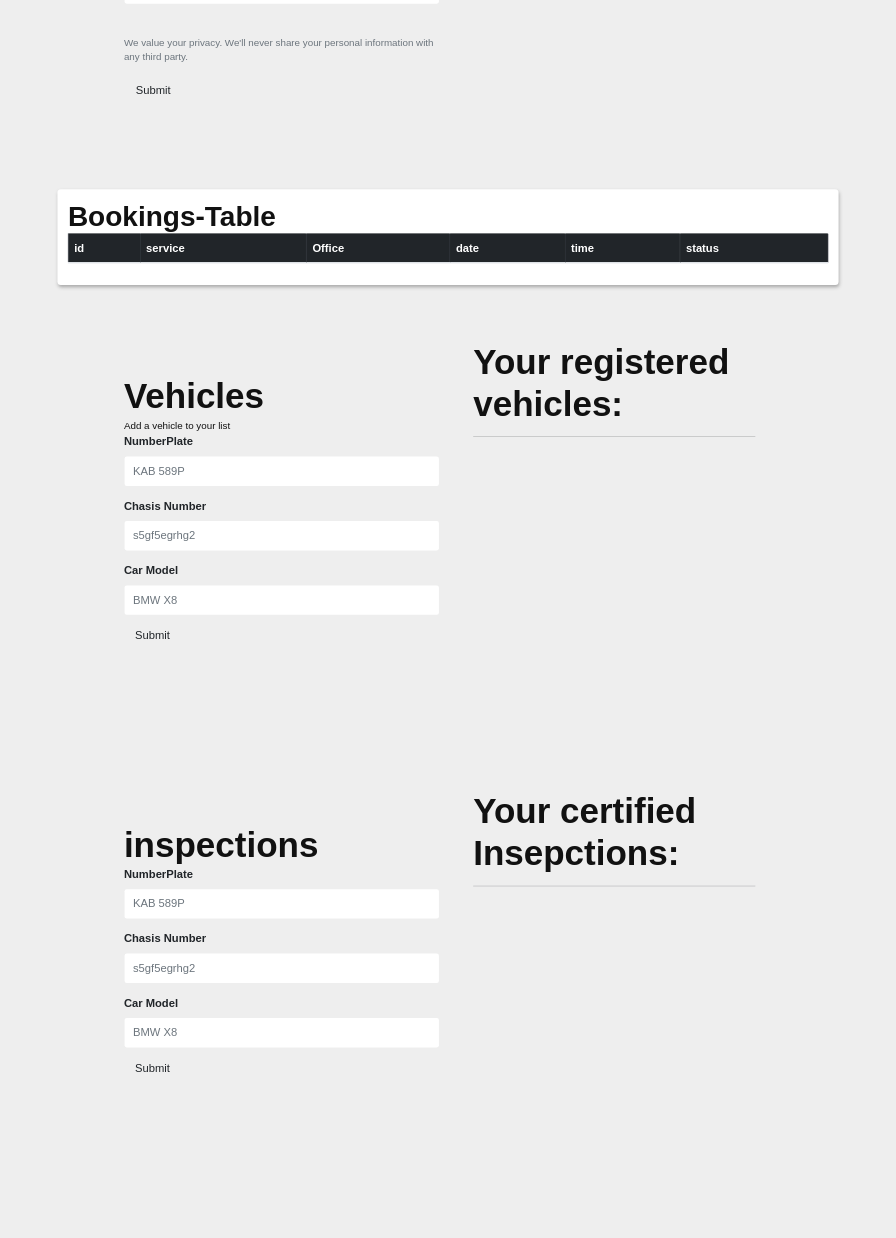
Repository: Jaynie8085/INSPECTION-APP
Page: client/admnDashboard.html
These files come from the project's save history. The page is drawn as it stood at one moment and after the next save; the edit follows.
The browser window is 1280 px wide. The pictures show the part of the page from y = 715 to 2635 px (the page is 2483 px tall before and 2635 px after), at 70% of full size.
The page's requests for data from a server got no answer. Some web libraries are served in a nearby version.

Above is the page before, as saved 2022-10-17 02:32:46.
Console error: ReferenceError: fetchBookings is not defined

### client/admnDashboard.html
<!DOCTYPE html>
<html lang="en">
<head>
    <meta charset="UTF-8">
    <meta http-equiv="X-UA-Compatible" content="IE=edge">
    <meta name="viewport" content="width=device-width, initial-scale=1.0"><script src="/js/axios/dist/axios.min.js"></script> <script src="main.js"></script>
        <!-- Bootstrap CSS -->
    <link rel="stylesheet" href="css/bootstrap.min.css">
    <link rel="stylesheet" href="css/owl.carousel.min.css">
    <link rel="stylesheet" href="css/owl.theme.default.min.css">
    <link href='https://unpkg.com/boxicons@2.1.1/css/boxicons.min.css' rel='stylesheet'>
    <link rel="stylesheet" href="https://stackpath.bootstrapcdn.com/bootstrap/4.1.3/css/bootstrap.min.css" integrity="sha384-MCw98/SFnGE8fJT3GXwEOngsV7Zt27NXFoaoApmYm81iuXoPkFOJwJ8ERdknLPMO"
    crossorigin="anonymous">
    <link rel="stylesheet" href="css/style.css">
    <link href="https://fonts.googleapis.com/css2?family=Poppins:wght@300;400;500;600&display=swap" rel="stylesheet">

    <link rel="stylesheet" href="assets/css/bootstrap.min.css">
    <link rel="stylesheet" href="assets/css/datatables.min.css">
    <link rel="stylesheet" href="assets/css/style.css">
    <title>userDashboard</title>
</head>
<body>
<body  data-bs-spy="scroll" data-bs-target=".navbar" data-bs-offset="70">


    <!-- TOP NAV -->
    <div class="top-nav" id="home">
        <div class="container">
            <div class="row justify-content-between">
                <div class="col-auto">
                    <p> <i class='bx bxs-envelope'></i> inspection.app@gmail.com</p>
                    <p> <i class='bx bxs-phone-call'></i> (+254) 555-0114</p>
                </div>
                <div class="col-auto social-icons">
                    <a href="#"><i class='bx bxl-facebook'></i></a>
                    <a href="#"><i class='bx bxl-twitter'></i></a>
                    <a href="#"><i class='bx bxl-instagram'></i></a>
                    <a href="#"><i class='bx bxl-pinterest'></i></a>
                </div>
            </div>
        </div>
    </div>

    <!-- BOTTOM NAV -->
    <nav class="navbar navbar-expand-lg navbar-light bg-white sticky-top">
        <div class="container">
            <a class="navbar-brand" href="index.html">Inspection-app<span class="dot">.</span></a>
            <button class="navbar-toggler" type="button" data-bs-toggle="collapse" data-bs-target="#navbarNav"
                aria-controls="navbarNav" aria-expanded="false" aria-label="Toggle navigation">
                <span class="navbar-toggler-icon"></span>
            </button>
            <div class="collapse navbar-collapse" id="navbarNav">
                <ul class="navbar-nav ms-auto">
                    <li class="nav-item">
                        <a class="nav-link" href="#home">Bookings</a>
                    </li>
                    <li class="nav-item">
                        <a class="nav-link" href="#vehicles">Vehicles</a>
                    </li>
                    <li class="nav-item">
                        <a class="nav-link" href="#inspections">Inspections</a>
                    </li>
                    </li>
                </ul>
                <a href="#" data-bs-toggle="modal" data-bs-target="#exampleModal" class="btn btn-brand ms-lg-3">Contact</a>
                <!-- Logout -->
                <a href="index.html" class="btn btn-brand ms-lg-3">Logout</a>
            </div>
        </div>
    </nav>
    <!-- Bookings -->
    <section id="profile">
        <div class="container">
            <div class="row justify-content-center">
                <div id="customer-frm" class="col-lg-5 py-5">
                    <form  >
                        <h2>Book a service by filling the form </h2>
                    <div class="form-group">
                        <label for="service">Service</label>
                        <input type="service" class="form-control" id="service" aria-describedby="emailHelp" placeholder="e.g. Uber Inspection  ">

                    </div>
                    <div class="form-group">
                        <label for="date">Date</label>
                        <input type="date" class="form-control" id="date" >
                    </div>
                    <div class="form-group">
                        <label for="time">Time</label>
                        <input type="time" class="form-control" id="time">
                    </div>
                    <div class="form-group">
                        <label for="location">Location</label>
                        <input type="location" class="form-control" id="location" placeholder=".e.g. Likoni Road">
                    </div>
                    <br><small id="emailHelp" class="form-text text-muted">We value your privacy. We'll never share your personal information with any third party.</small><br>
                    <button type="submit" class="btn btn-brand ms-lg-3" onclick="Booking();">Submit</button>
                    </form>

                </div>
                <div id="data-table" class="col-lg-5">
                            <!-- <ul id="bookings-list">
                            </ul>
                        </div>
                        <hr></div> -->

                        <!-- DataTable Start -->

    </section>

    <div class="container">
                        <div class="row">
                            <div class="col-12">
                                <div class="data_table">
                                    <table id="example" class="table table-striped table-bordered">
                                        <thead class="table-dark">
                                            <h2>Bookings-Table</h2>
                                            <tr>
                                                <th>id</th>
                                                <th>service</th>
                                                <th>Office</th>
                                                <th>date</th>
                                                <th>time</th>
                                                <th>status</th>
                                            </tr>
                                        </thead>
                                        <tbody>

                                        </tbody>
                                    </table>
                                </div>
                            </div>
                        </div>
                    </div>
        <!-- dataTable End -->

                </div>

    <!-- vehicles -->
    <section id="vehicles">
        <div class="container">
            <div class="row justify-content-center">
            <div id="customer-frm" class="col-lg-5 py-5">
                <form  >
                    <h1>Vehicles</h1>
                    <p>Add a vehicle to your list</p>
                    <div class="form-group">
                        <label for="numberplate" class="form-label">NumberPlate</label>
                        <input type="text" class="form-control" placeholder="KAB 589P" id="numberplate"
                            aria-describedby="emailHelp">
                    </div>
                    <div class="form-group">
                        <label for="chasisnumber" class="form-label">Chasis Number </label>
                        <input type="text" class="form-control" placeholder="s5gf5egrhg2" id="chasisnumber"
                            aria-describedby="emailHelp">
                    </div>
                    <div class="form-group">
                        <label for="model" class="form-label">Car Model</label>
                        <input type="model" class="form-control" placeholder="BMW X8" id="model"
                            aria-describedby="emailHelp">
                    </div>
                    <!-- <div class="col-12">
                        <label for="exampleInputEmail1" class="form-label">Enter General Description</label>
                        <textarea name="" placeholder="Type in your cars general description." class="form-contid=""  rows="4"></textarea>
                    </div> -->

                    <div class="col-12">
                        <button type="submit" class="btn btn-brand" onclick="vehicles();">Submit</button>
                    </div>
                </form>
                </div>
                <div class="col-lg-5">
                <div class="container center"><h1>Your registered vehicles:</h1>
                        <div >
                            <ul id="quote-list">
                            </ul>
                        </div>
                        <hr></div>
                </div>
                </div>
                </div>
        </div>
    </section>

    <!-- inspections -->
    <section id="inspections">
        <div class="container">
            <div class="row justify-content-center">
            <div id="customer-frm" class="col-lg-5 py-5">
                <form  >
                    <h1>inspections</h1>
                    <!-- <p>Add a vehicle to your list</p> -->
                    <div class="form-group">
                        <label for="numberplate" class="form-label">NumberPlate</label>
                        <input type="text" class="form-control" placeholder="KAB 589P" id="numberplate"
                            aria-describedby="emailHelp">
                    </div>
                    <div class="form-group">
                        <label for="chasisnumber" class="form-label">Chasis Number </label>
                        <input type="text" class="form-control" placeholder="s5gf5egrhg2" id="chasisnumber"
                            aria-describedby="emailHelp">
                    </div>
                    <div class="form-group">
                        <label for="model" class="form-label">Car Model</label>
                        <input type="model" class="form-control" placeholder="BMW X8" id="model"
                            aria-describedby="emailHelp">
                    </div>
                    <!-- <div class="col-12">
                        <label for="exampleInputEmail1" class="form-label">Enter General Description</label>
                        <textarea name="" placeholder="Type in your cars general description." class="form-contid=""  rows="4"></textarea>
                    </div> -->

                    <div class="col-12">
                        <button type="submit" class="btn btn-brand" onclick="vehicles();">Submit</button>
                    </div>
                </form>
                </div>
                <div class="col-lg-5">
                <div class="container center"><h1>Your certified Insepctions:</h1>
                        <div >
                            <ul id="quote-list">
                            </ul>
                        </div>
                        <hr></div>
                </div>
                </div>
                </div>
        </div>
    </section>

    <!-- Modal -->
    <div class="modal fade" id="exampleModal" tabindex="-1" aria-labelledby="exampleModalLabel" aria-hidden="true">
        <div class="modal-dialog modal-dialog-centered modal-xl">
            <div class="modal-content">
                <div class="modal-body p-0">
                    <div class="container-fluid">
                        <div class="row gy-4">
                            <div class="col-lg-4 col-sm-12 bg-cover"
                                style="background-image: url(img/isco.jpg); min-height:300px;">
                                <div>

                                </div>
                            </div>
                            <div class="col-lg-8">
                                <form class="p-lg-5 col-12 row g-3">
                                    <div>
                                        <h1>Get in touch</h1>
                                    <p>Feel free to contact us and we will get back to you as soon as possible</p>
                                    </div>
                                    <div class="col-lg-6">
                                        <label for="userName" class="form-label">First name</label>
                                        <input type="text" class="form-control" placeholder="John" id="userName"
                                            aria-describedby="emailHelp">
                                    </div>
                                    <div class="col-lg-6">
                                        <label for="userName" class="form-label">Last name</label>
                                        <input type="text" class="form-control" placeholder="kamau" id="userName"
                                            aria-describedby="emailHelp">
                                    </div>
                                    <div class="col-12">
                                        <label for="userName" class="form-label">Email address</label>
                                        <input type="email" class="form-control" placeholder="Johnkamaa@gmail.com" id="userName"
                                            aria-describedby="emailHelp">
                                    </div>
                                    <div class="col-12">
                                        <label for="exampleInputEmail1" class="form-label">Enter Message</label>
                                        <textarea name="" placeholder="Yes,how can we help you,Type your message here." class="form-control" id=""  rows="4"></textarea>
                                    </div>

                                    <div class="col-12">
                                        <button type="submit" class="btn btn-brand">Send Message</button>
                                    </div>
                                </form>
                            </div>
                        </div>
                    </div>
                </div>

            </div>
        </div>
    </div>


<div class="modal fade" id="exampleModal" tabindex="-1" aria-labelledby="exampleModalLabel" aria-hidden="true">
        <div class="modal-dialog modal-dialog-centered modal-xl">
            <div class="modal-content">
                <div class="modal-body p-0">
                    <div class="container-fluid">
                        <div class="row gy-4">
                            <div class="col-lg-4 col-sm-12 bg-cover"
                                style="background-image: url(img/c2.jpg); min-height:300px;">
                                <div>

                                </div>
                            </div>
                            <div class="col-lg-8">
                                <form class="p-lg-5 col-12 row g-3">
                                    <div>
                                        <h1>Get in touch with us</h1>
                                    <p>Feel free to contact us and we will get back to you as soon as possible</p>
                                    </div>
                                    <div class="col-lg-6">
                                        <label for="userName" class="form-label">First name</label>
                                        <input type="text" class="form-control" placeholder="John" id="userName"
                                            aria-describedby="emailHelp">
                                    </div>
                                    <div class="col-lg-6">
                                        <label for="userName" class="form-label">Last name</label>
                                        <input type="text" class="form-control" placeholder="kamau" id="userName"
                                            aria-describedby="emailHelp">
                                    </div>
                                    <div class="col-12">
                                        <label for="userName" class="form-label">Email address</label>
                                        <input type="email" class="form-control" placeholder="Johnkamaa@gmail.com" id="userName"
                                            aria-describedby="emailHelp">
                                    </div>
                                    <div class="col-12">
                                        <label for="exampleInputEmail1" class="form-label">Enter Message</label>
                                        <textarea name="" placeholder="Yes,how can we help you,Type your message here,,," class="form-control" id=""  rows="4"></textarea>
                                    </div>

                                    <div class="col-12">
                                        <button type="submit" class="btn btn-brand">Send Message</button>
                                    </div>
                                </form>
                            </div>
                        </div>
                    </div>
                </div>

            </div>
        </div>
    </div>
    <!-- dataTable -->
    <script src="assets/js/bootstrap.bundle.min.js"></script>
    <script src="assets/js/jquery-3.6.0.min.js"></script>
    <script src="assets/js/datatables.min.js"></script>
    <script src="assets/js/pdfmake.min.js"></script>
    <script src="assets/js/vfs_fonts.js"></script>
    <script src="assets/js/custom.js"></script>
    <!-- DataTable -->
    <!-- End -->
    <script src="js/jquery.min.js"></script>
    <script src="js/bootstrap.bundle.min.js"></script>
    <script src="js/owl.carousel.min.js"></script>

    <script src="https://code.jquery.com/jquery-3.5.1.js"></script>
    <script src="https://cdn.datatables.net/1.12.1/js/jquery.dataTables.min.js"></script>
    <script src="js/app.js"></script>
    <script src="index.js"></script>


</body>
</html>

### client/assets/js/custom.js
// =============  Data Table - (Start) ================= //

$(document).ready(function(){

    var table = $("#bookings-lists").DataTable({
      buttons: ["copy", "csv", "excel", "pdf", "print"],
    });


    table.buttons().container()
    .appendTo('#example_wrapper .col-md-6:eq(0)');

});

// document.addEventListener("DOMContentLoaded", () => {
//   function fetchData() {
//     fetch("http://localhost:3000/bookings")
//       .then((resp) => resp.json())
//       .then((data) => renderBookings(data));
//   }
//   function renderBookings(data) {
//     for (const q of data) {
//       //Find the container where we attach everything to
//       const table = document
//         .querySelector("#bookings-lists")
//         .getElementsByTagName("tbody")[0];
//       //Create all necessary elements


//       //Add appropriate classes and ids. Grab data and insert if needed.
//     //   quoteLi.className = "quote-card"; //for styling
//     //   blockQuote.className = "blockquote"; //for styling
//     //   p.className = "mb-0"; //for styling
//     //   //   footer.className = "blockquote-footer"; //for styling
//     //   quoteLi.dataset.id = q.id;
//     //   //Grab data and insert it into created elements
//     //   // p.innerHTML = q.user.username;
//     //   footer.innerHTML = q.model;
//     //   //Append everything to main container
//     //   blockQuote.append(p, footer, br, hr, dislikesBtn);
//     //   quoteLi.append(blockQuote);
//     //   quoteUL.append(quoteLi);
//     //   //Attach all the necessary attributes to delete button
//     //   dislikesBtn.innerHTML = "Delete";
//     //   dislikesBtn.className = "btn-danger"; //for styling
//     //   dislikesBtn.addEventListener("click", () => deleteQuote());
//       function deleteQuote() {
//         const url = `http://localhost:3000/api/vehicles/${q.id}`;
//         const reqObj = { method: "DELETE" };
//         fetch(url, reqObj).then(quoteLi.remove());
//       }
//     }
//   }
//   //Call the function that will automatically run renderQuote() also
//   fetchData();
// });

// // =============  Data Table - (End) ================= //

Loaded but not shown: client/js/axios/dist/axios.min.js (library); client/css/bootstrap.min.css (library); client/css/owl.carousel.min.css (library); client/css/owl.theme.default.min.css (common file); client/assets/css/bootstrap.min.css (library); client/assets/css/datatables.min.css (library); client/assets/js/bootstrap.bundle.min.js (library); client/assets/js/jquery-3.6.0.min.js (library); client/assets/js/datatables.min.js (library); client/assets/js/pdfmake.min.js (library); client/assets/js/vfs_fonts.js (library); client/js/jquery.min.js (library); client/js/bootstrap.bundle.min.js (library); client/js/owl.carousel.min.js (library); client/index.js (193 lines, source omitted); client/main.js (172 lines, source omitted); client/js/app.js (34 lines, source omitted); client/css/style.css (543 lines, source omitted); client/assets/css/style.css (229 lines, source omitted)

After the next save:
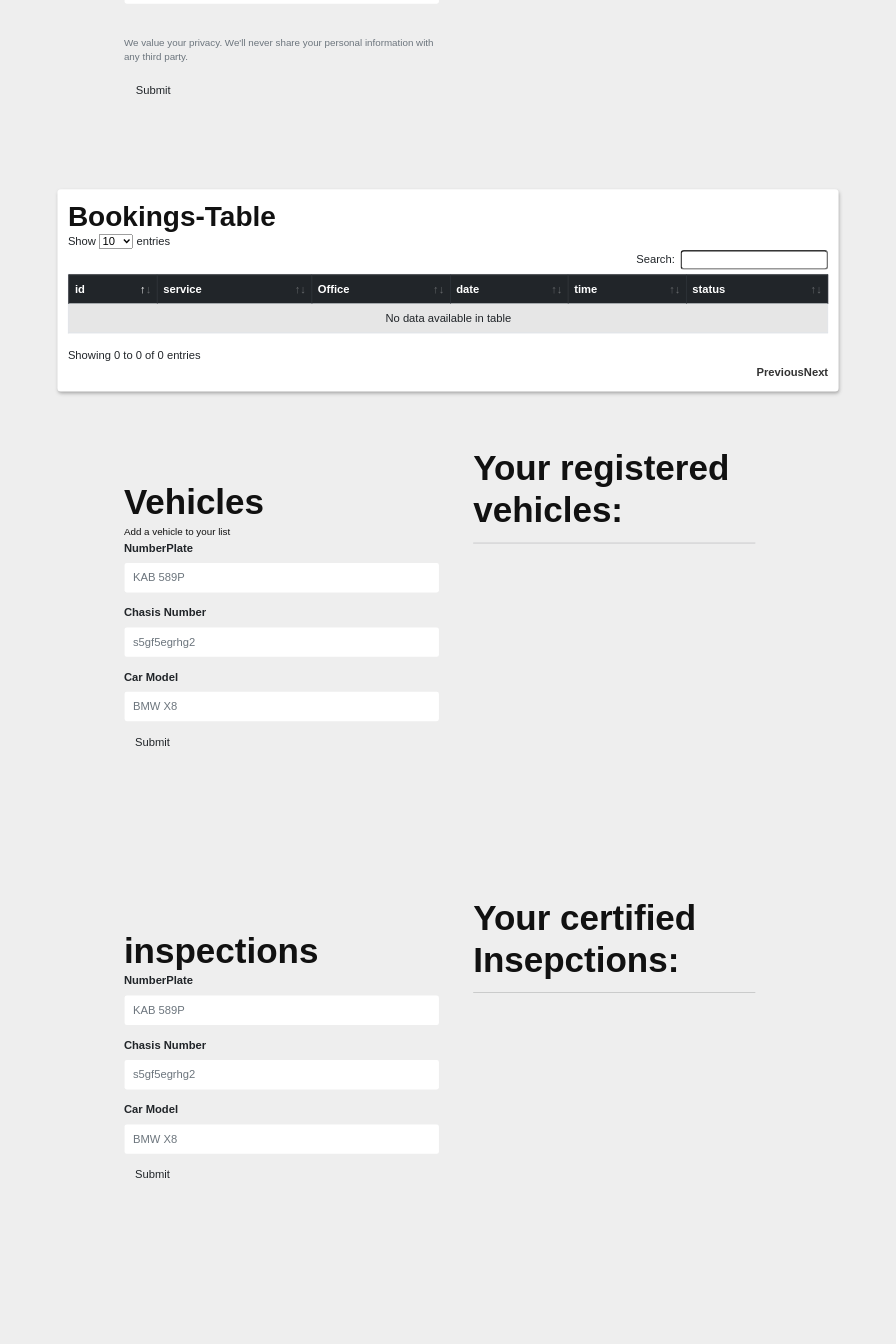
Saved 41 s later.
--- a/client/assets/js/custom.js
+++ b/client/assets/js/custom.js
@@ -2,8 +2,10 @@
 
 $(document).ready(function(){
 
-    var table = $("#bookings-lists").DataTable({
-      buttons: ["copy", "csv", "excel", "pdf", "print"],
+    var table = $('#example').DataTable({
+
+        buttons:['copy', 'csv', 'excel', 'pdf', 'print']
+
     });
 
 
@@ -12,47 +14,5 @@ $(document).ready(function(){
 
 });
 
-// document.addEventListener("DOMContentLoaded", () => {
-//   function fetchData() {
-//     fetch("http://localhost:3000/bookings")
-//       .then((resp) => resp.json())
-//       .then((data) => renderBookings(data));
-//   }
-//   function renderBookings(data) {
-//     for (const q of data) {
-//       //Find the container where we attach everything to
-//       const table = document
-//         .querySelector("#bookings-lists")
-//         .getElementsByTagName("tbody")[0];
-//       //Create all necessary elements
 
-
-//       //Add appropriate classes and ids. Grab data and insert if needed.
-//     //   quoteLi.className = "quote-card"; //for styling
-//     //   blockQuote.className = "blockquote"; //for styling
-//     //   p.className = "mb-0"; //for styling
-//     //   //   footer.className = "blockquote-footer"; //for styling
-//     //   quoteLi.dataset.id = q.id;
-//     //   //Grab data and insert it into created elements
-//     //   // p.innerHTML = q.user.username;
-//     //   footer.innerHTML = q.model;
-//     //   //Append everything to main container
-//     //   blockQuote.append(p, footer, br, hr, dislikesBtn);
-//     //   quoteLi.append(blockQuote);
-//     //   quoteUL.append(quoteLi);
-//     //   //Attach all the necessary attributes to delete button
-//     //   dislikesBtn.innerHTML = "Delete";
-//     //   dislikesBtn.className = "btn-danger"; //for styling
-//     //   dislikesBtn.addEventListener("click", () => deleteQuote());
-//       function deleteQuote() {
-//         const url = `http://localhost:3000/api/vehicles/${q.id}`;
-//         const reqObj = { method: "DELETE" };
-//         fetch(url, reqObj).then(quoteLi.remove());
-//       }
-//     }
-//   }
-//   //Call the function that will automatically run renderQuote() also
-//   fetchData();
-// });
-
-// // =============  Data Table - (End) ================= //
+// =============  Data Table - (End) ================= //
